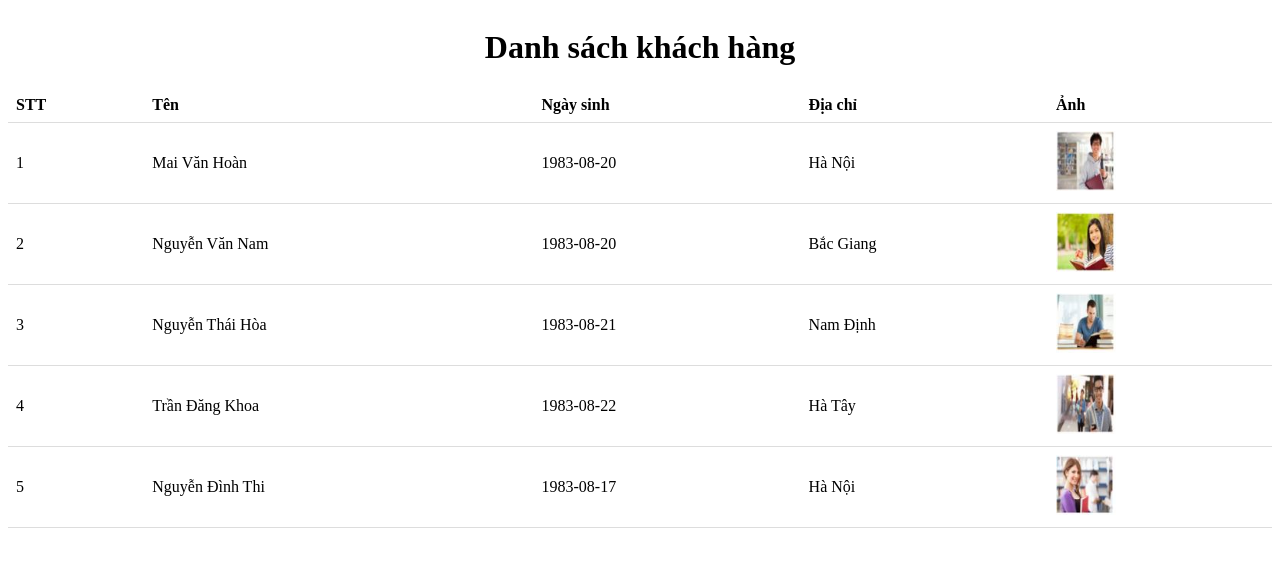
Repository: NGUYEN112/Module2
Page: http://localhost/
These files come from the project's save history. The page is drawn as it stood at one moment and after the next save; the edit follows.
The browser window is 1280 px wide. The pictures show the whole page.
The page is run by PHP 8.4 with error messages shown; the project is at /var/www/html/.

Above is the page before, as saved 2021-01-15 08:18:55.

### bai3-khachhang/index.php
<!DOCTYPE html>
<html lang="en">
<head>
    <meta charset="UTF-8">
    <meta name="viewport" content="width=device-width, initial-scale=1.0">
    <title>Document</title>
</head>
<style>
table {
    border-collapse: collapse;
    width: 100%;
}
th, td {
    padding: 8px;
    text-align: left;
    border-bottom: 1px solid #ddd;
}
</style>
<body>
<table border="0">
  <caption><h1>Danh sách khách hàng</h1></caption>
  <tr>
    <th>STT</th>
    <th>Tên</th>
    <th>Ngày sinh</th>
    <th>Địa chỉ</th>
    <th>Ảnh</th>
  </tr>
  <?php
$customerlist = array(
    "1" => array("ten" => "Mai Văn Hoàn",
                 "ngaysinh" => "1983-08-20",
                 "diachi" => "Hà Nội",
                 "anh" => "images/img1.jpg"),
    "2" => array("ten" => "Nguyễn Văn Nam",
                 "ngaysinh" => "1983-08-20",
                 "diachi" => "Bắc Giang",
                 "anh" => "images/img2.jpg"),
    "3" => array("ten" => "Nguyễn Thái Hòa",
                 "ngaysinh" => "1983-08-21",
                 "diachi" => "Nam Định",
                 "anh" => "images/img3.jpg"),
    "4" => array("ten" => "Trần Đăng Khoa",
                  "ngaysinh" => "1983-08-22",
                  "diachi" => "Hà Tây",
                  "anh" => "images/img4.jpg"),
    "5" => array("ten" => "Nguyễn Đình Thi",
                  "ngaysinh" => "1983-08-17",
                  "diachi" => "Hà Nội",
                  "anh" => "images/img5.jpg")
   );

   foreach($customerlist as $key => $values){
    echo "<tr>";
    echo "<td>".$key."</td>";
    echo "<td>".$values['ten']."</td>";
    echo "<td>".$values['ngaysinh']."</td>";
    echo "<td>".$values['diachi']."</td>";
    echo "<td><image src ='".$values['anh']."' width = '60px' height ='60px'/></td>";
    echo "</tr>";
  }
?>
 </table>
</body>
</html>

After the next save:
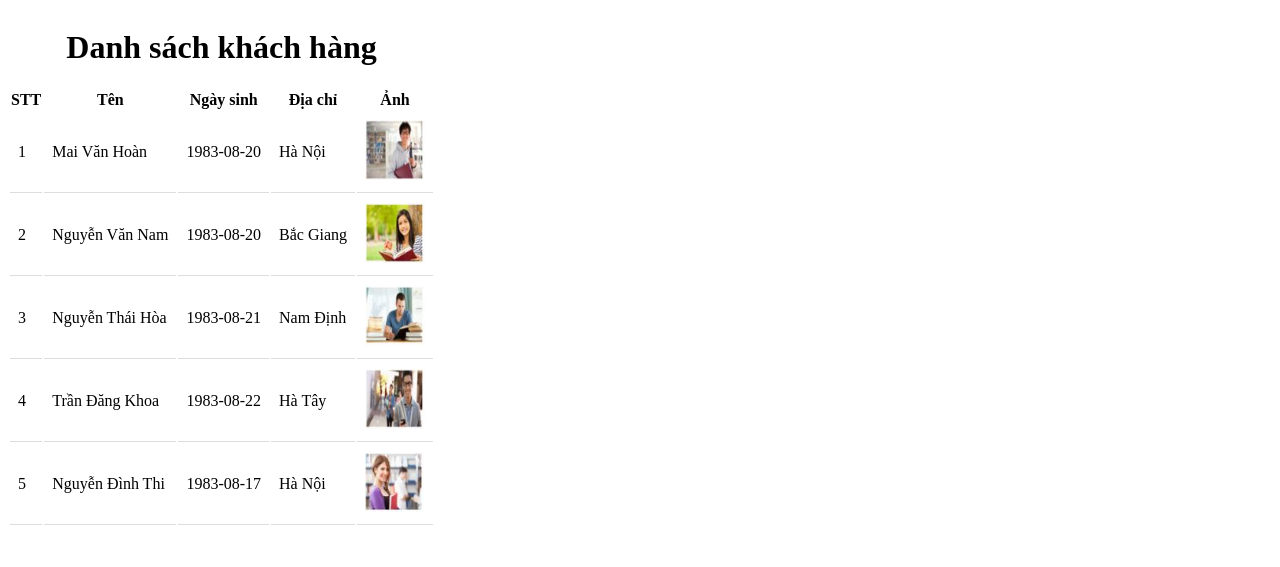
Saved 12 min 58 s later.
--- a/bai3-khachhang/index.php
+++ b/bai3-khachhang/index.php
@@ -6,11 +6,11 @@
     <title>Document</title>
 </head>
 <style>
-table {
+.table {
     border-collapse: collapse;
     width: 100%;
 }
-th, td {
+.th, td {
     padding: 8px;
     text-align: left;
     border-bottom: 1px solid #ddd;

After the save that followed:
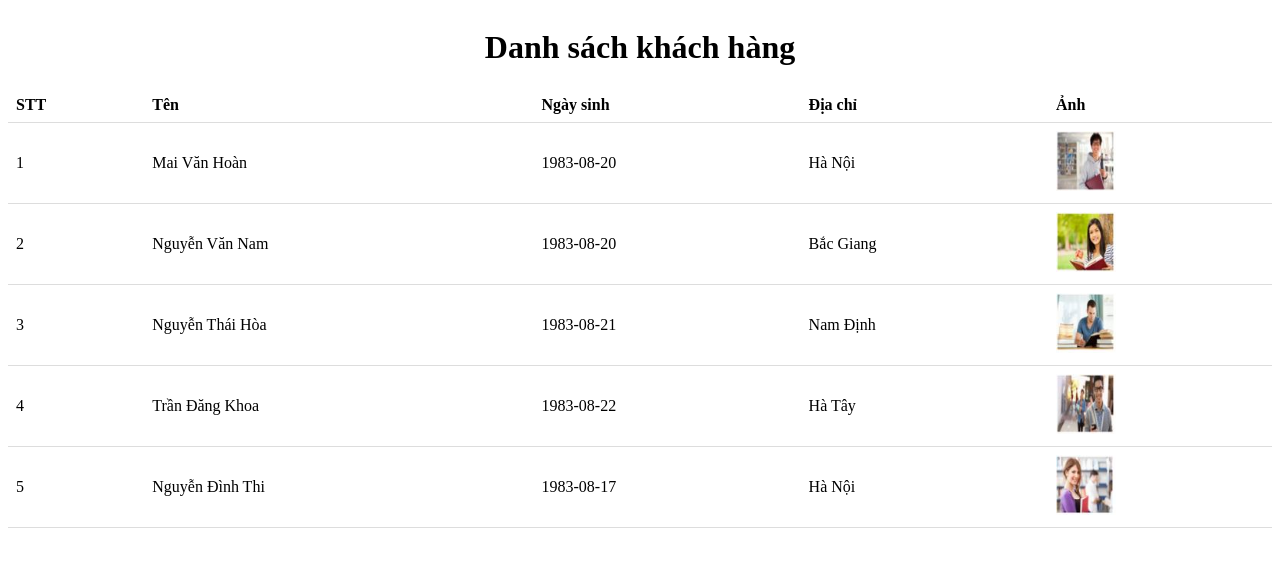
Saved 31 s later.
--- a/bai3-khachhang/index.php
+++ b/bai3-khachhang/index.php
@@ -6,11 +6,11 @@
     <title>Document</title>
 </head>
 <style>
-.table {
+table {
     border-collapse: collapse;
     width: 100%;
 }
-.th, td {
+th, td {
     padding: 8px;
     text-align: left;
     border-bottom: 1px solid #ddd;
